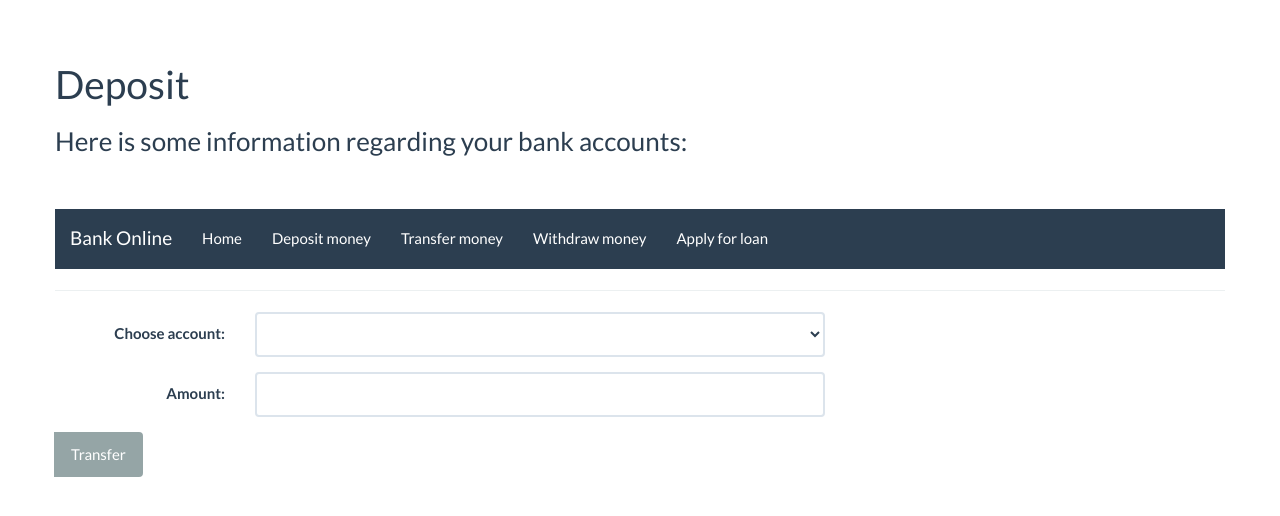
Repository: klitusas/SpringMVCBanking
Page: http://localhost/deposit
These files come from the project's save history. The page is drawn as it stood at one moment and after the next save; the edit follows.
The browser window is 1280 px wide. The pictures show the whole page.
The page is this project's Thymeleaf template; nobody is signed in. The template is opened directly, without the code that normally fills it, so the values that code supplies are empty.

Above is the page before, as saved 2017-03-01 19:37:56.

After the next save:
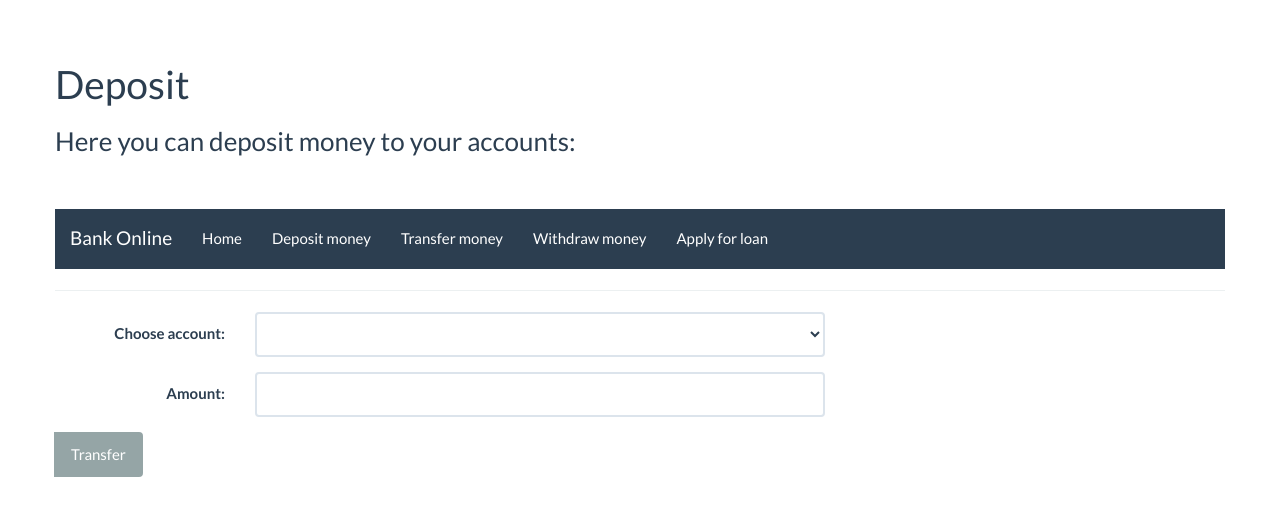
Saved 29 s later.
--- a/banking/src/main/resources/templates/deposit.html
+++ b/banking/src/main/resources/templates/deposit.html
@@ -12,7 +12,7 @@
         <div class="row">
           <div>
 			<h1>Deposit</h1>
-			<h3>Here is some information regarding your bank accounts: </h3>
+			<h3>Here you can deposit money to your accounts: </h3>
 			<br/>
 			<br/>
 			<nav class="navbar navbar-default navbar-static-top">
